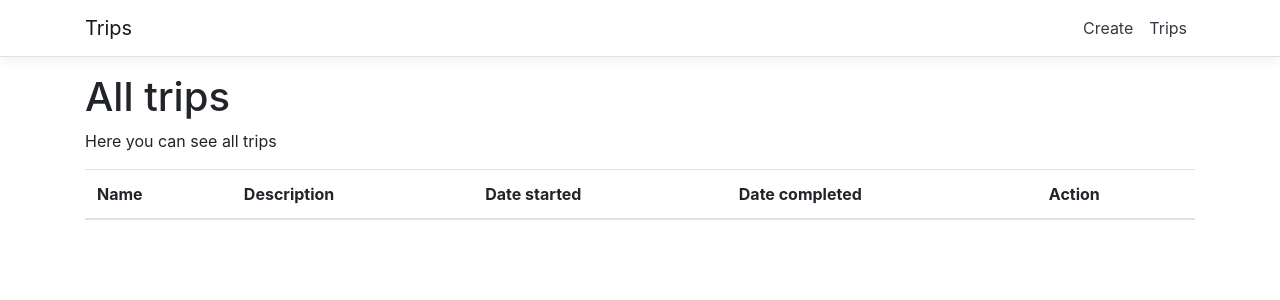
Repository: DevLuDaley/Trips
Page: /trips (app in ClientApp/)
The author's editor kept a copy of each file at every save. The page is drawn from the files as they stood at one save, then again after the next save.
The browser window is 1280 px wide. The pictures show the whole page.
The page's requests for data from a server got no answer. The project was rebuilt for these pictures with package versions that can differ from the ones it lists, and the page was loaded fresh each time. No one was signed in, and anything a server would have sent is missing. Also part of the build but not shown: ClientApp/src/components/Home.js, ClientApp/src/components/Trip/Create.jsx, ClientApp/src/components/Trip/Update.jsx, ClientApp/src/components/Trip/Delete.jsx.

Above is the page before, as saved 2020-11-06 17:31:32.

### ClientApp/public/index.html
<!DOCTYPE html>
<html lang="en">
  <head>
    <meta charset="utf-8">
    <meta name="viewport" content="width=device-width, initial-scale=1, shrink-to-fit=no">
    <meta name="theme-color" content="#000000">
    <base href="%PUBLIC_URL%/" />
    <!--
      manifest.json provides metadata used when your web app is added to the
      homescreen on Android. See https://developers.google.com/web/fundamentals/engage-and-retain/web-app-manifest/
    -->
    <link rel="manifest" href="%PUBLIC_URL%/manifest.json">
    <link rel="shortcut icon" href="%PUBLIC_URL%/favicon.ico">
    <!--
      Notice the use of %PUBLIC_URL% in the tags above.
      It will be replaced with the URL of the `public` folder during the build.
      Only files inside the `public` folder can be referenced from the HTML.

      Unlike "/favicon.ico" or "favicon.ico", "%PUBLIC_URL%/favicon.ico" will
      work correctly both with client-side routing and a non-root public URL.
      Learn how to configure a non-root public URL by running `npm run build`.
    -->
    <title>Trips</title>
  </head>
  <body>
    <noscript>
      You need to enable JavaScript to run this app.
    </noscript>
    <div id="root"></div>
    <!--
      This HTML file is a template.
      If you open it directly in the browser, you will see an empty page.

      You can add webfonts, meta tags, or analytics to this file.
      The build step will place the bundled scripts into the <body> tag.

      To begin the development, run `npm start` or `yarn start`.
      To create a production bundle, use `npm run build` or `yarn build`.
    -->
  </body>
</html>

### ClientApp/src/App.js
import React, { Component } from 'react';
import { Route } from 'react-router';
import { Layout } from './components/Layout';
import { Home } from './components/Home';

import './custom.css'
import Trips from './components/Trip/Trips';
import Create from './components/Trip/Create';
import Update from './components/Trip/Update';
import Delete from './components/Trip/Delete';
// import { FetchData } from './components/FetchData';
// import { Counter } from './components/Counter';


export default class App extends Component {
  static displayName = App.name;

  render () {
    return (
      <Layout>
        <Route exact path='/' component={Home} />
        <Route path='/create' component={Create} />
        <Route path='/trips' component={Trips} />
        <Route path='/update/:id' component={Update} />
        <Route path='/delete/:id' component={Delete} />
        {/* <Route path='/counter' component={Counter} /> */}
        {/* <Route path='/fetch-data' component={FetchData} /> */}
      </Layout>
    );
  }
}

### ClientApp/src/custom.css
/* Provide sufficient contrast against white background */
a {
  color: #0366d6;
}

code {
  color: #E01A76;
}

.btn-primary {
  color: #fff;
  background-color: #1b6ec2;
  border-color: #1861ac;
}

.trip-form {
  /* color: #fff;
  background-color: #1b6ec2;
  border-color: #1861ac; */
  margin: 10% 30% 10% 30%;
}

### ClientApp/src/components/Trip/Trips.jsx
import React, {Component} from 'react';
import axios from 'axios';

class Trips extends Component
{
    constructor(props){
        super(props);

        this.onTripUpdate = this.onTripUpdate.bind(this);
        this.onTripDelete = this.onTripDelete.bind(this);

        this.state = {
            trips: [],
            loading: true,
            failed: false,
            error: ''
        }
    }

    componentDidMount(){
        this.populateTripsData();
    }

    onTripUpdate(id){
        const {history} = this.props;
        history.push('/update/'+id);
    }

    onTripDelete(id){
        const {history} = this.props;
        history.push('/delete/'+id);
    }

    populateTripsData(){
        axios.get("api/Trips/GetTrips").then(result => {
            const response = result.data;
            this.setState({trips: response, loading: false, failed: false, error:''});
        }).catch(error => {
            this.setState({trips: [], loading: false, true: false, error:'Sorry bud, Trips could not be loaded!'});
        })
    }

    renderAllTripsTable(trips){
        return (
            <table className="table table-striped">
                <thead>
                    <tr>
                        <th>Name</th>
                        <th>Description</th>
                        <th>Date started</th>
                        <th>Date completed</th>
                        <th>Action</th>
                    </tr>
                </thead>
                <tbody>
                    {
                        trips.map(trip => (
                        <tr key={trip.id}>
                            <td>{trip.name}</td>
                            <td>{trip.description}</td>
                            <td>{new Date(trip.dateStarted).toISOString().slice(0,10)}</td>
                            <td>{trip.dateCompleted ? new Date(trip.dateCompleted).toISOString().slice(0,10) :  '-' }</td>
                            <td>
                                <div className="form-group">
                                    <button onClick={() => this.onTripUpdate(trip.id)} className="btn btn-success">
                                        Update
                                    </button>
                                    <button onClick={() => this.onTripDelete(trip.id)} className="btn btn-danger">
                                        Delete
                                    </button>
                                </div>
                            </td>
                        </tr>
                        ))
                    }

                </tbody>
            </table>
        );
    }

    render(){

        let content = this.state.loading ? (
            <p>
                <em>Loading...</em>
            </p>
        ) : ( this.state.failed ? (
            <div className="text-danger">
                <em>{this.state.error}</em>
            </div>
        ) : (
            this.renderAllTripsTable(this.state.trips))
        )

        return (
            <div>
                <h1>All trips</h1>
                <p>Here you can see all trips</p>
                {content}
            </div>
        );
    }
}
export default Trips;

### ClientApp/src/components/NavMenu.js
import React, { Component } from 'react';
import { Collapse, Container, Navbar, NavbarBrand, NavbarToggler, NavItem, NavLink } from 'reactstrap';
import { Link } from 'react-router-dom';
import './NavMenu.css';

export class NavMenu extends Component {
  static displayName = NavMenu.name;

  constructor (props) {
    super(props);

    this.toggleNavbar = this.toggleNavbar.bind(this);
    this.state = {
      collapsed: true
    };
  }

  toggleNavbar () {
    this.setState({
      collapsed: !this.state.collapsed
    });
  }

  render () {
    return (
      <header>
        <Navbar className="navbar-expand-sm navbar-toggleable-sm ng-white border-bottom box-shadow mb-3" light>
          <Container>
            <NavbarBrand tag={Link} to="/trips">Trips</NavbarBrand>
            <NavbarToggler onClick={this.toggleNavbar} className="mr-2" />
            <Collapse className="d-sm-inline-flex flex-sm-row-reverse" isOpen={!this.state.collapsed} navbar>
              <ul className="navbar-nav flex-grow">
                {/* <NavItem>
                  <NavLink tag={Link} className="text-dark" to="/">Home</NavLink>
                </NavItem> */}
                <NavItem>
                  <NavLink tag={Link} className="text-dark" to="/Create">Create</NavLink>
                </NavItem>
                <NavItem>
                  <NavLink tag={Link} className="text-dark" to="/trips">Trips</NavLink>
                </NavItem>
                {/* <NavItem>
                  <NavLink tag={Link} className="text-dark" to="/counter">Counter</NavLink>
                </NavItem> */}
                {/* <NavItem>
                  <NavLink tag={Link} className="text-dark" to="/fetch-data">Fetch data</NavLink>
                </NavItem> */}
              </ul>
            </Collapse>
          </Container>
        </Navbar>
      </header>
    );
  }
}

export default NavMenu;

Loaded but not shown: ClientApp/src/index.js (common file); ClientApp/src/registerServiceWorker.js (common file); ClientApp/src/components/Layout.js (common file); ClientApp/src/components/NavMenu.css (common file)

After the next save:
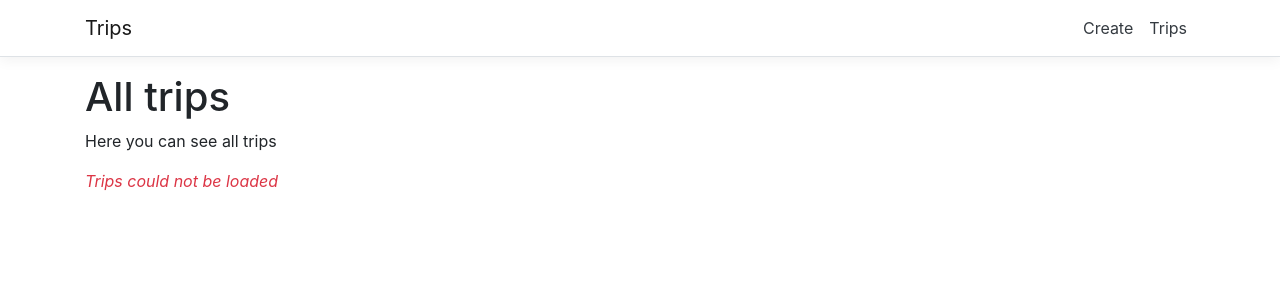
Saved 4 min 23 s later.
--- a/ClientApp/src/components/Trip/Trips.jsx
+++ b/ClientApp/src/components/Trip/Trips.jsx
@@ -1,7 +1,6 @@
 import React, {Component} from 'react';
 import axios from 'axios';
-
-class Trips extends Component
+export class Trips extends Component
 {
     constructor(props){
         super(props);
@@ -34,10 +33,10 @@ class Trips extends Component
     populateTripsData(){
         axios.get("api/Trips/GetTrips").then(result => {
             const response = result.data;
-            this.setState({trips: response, loading: false, failed: false, error:''});
+            this.setState({trips: response, loading: false, failed: false, error:""});
         }).catch(error => {
-            this.setState({trips: [], loading: false, true: false, error:'Sorry bud, Trips could not be loaded!'});
-        })
+            this.setState({trips: [], loading: false, failed: true, error:"Trips could not be loaded"});
+        });
     }
 
     renderAllTripsTable(trips){
